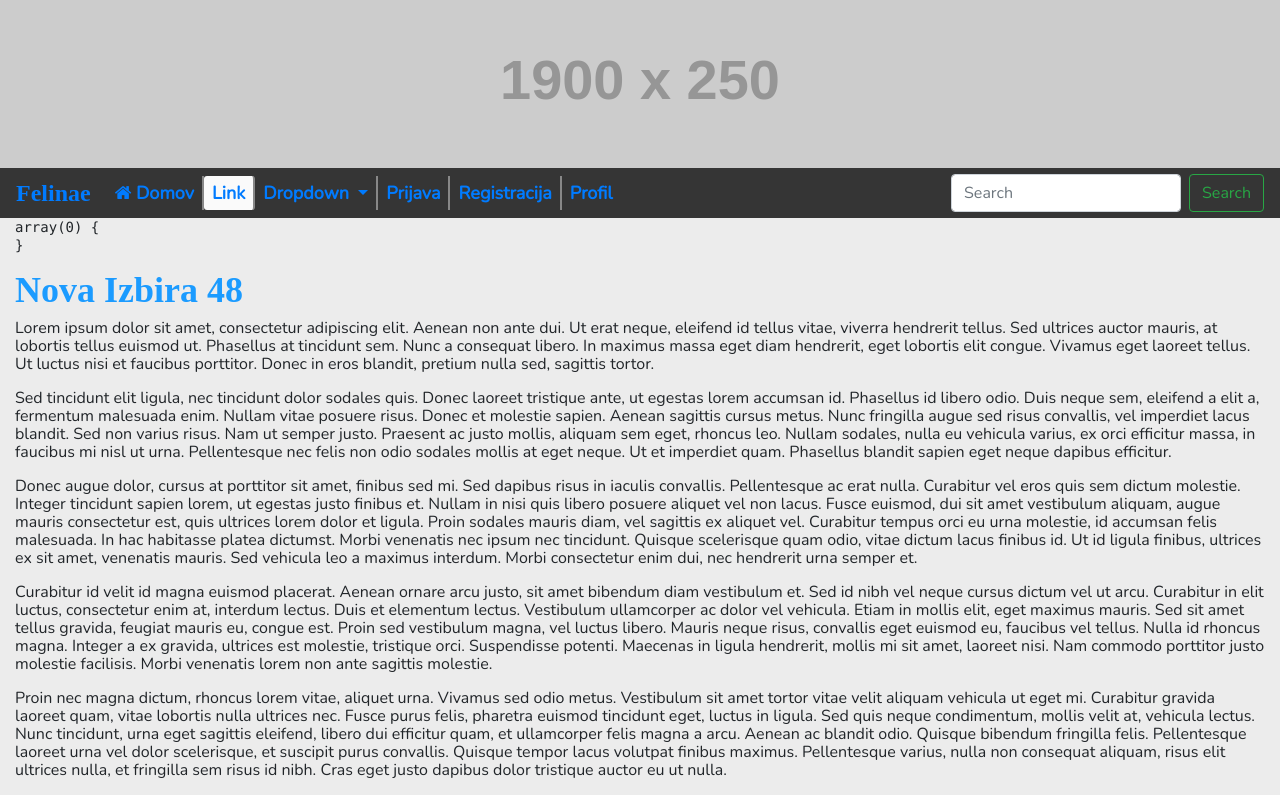
Repository: UrbyK/Felinae
Page: http://localhost/index.php?page=home
An editor plug-in stored every save of this project. The page is shown before and after the next save, followed by the edit.
The browser window is 1280 px wide. The pictures show the whole page.
Some web fonts or font styles are not loaded; a fallback is used. The page is run by PHP 8.4 with error messages shown; the project is at /var/www/html/.

Above is the page before, as saved 2020-08-13 13:17:28.

After the next save:
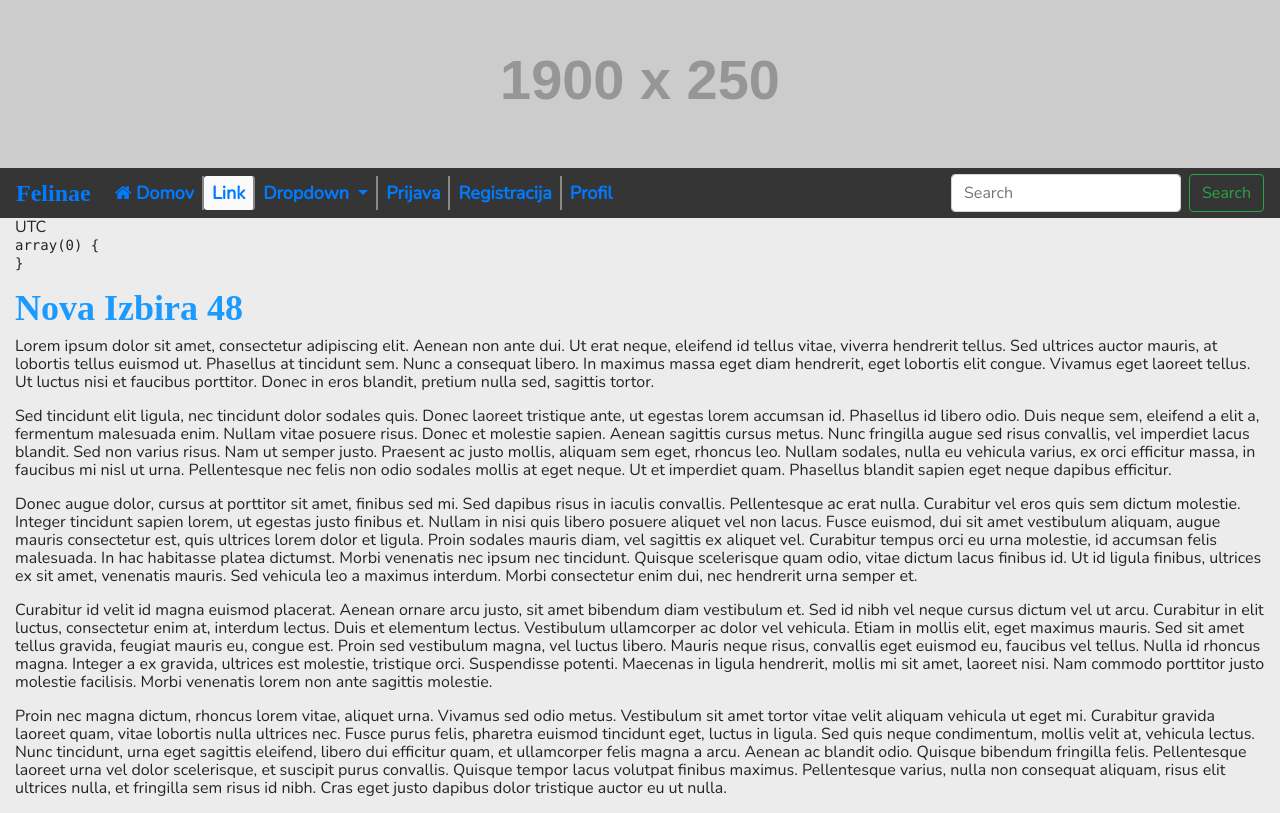
Saved 32 min 20 s later.
--- a/home.php
+++ b/home.php
@@ -1,6 +1,8 @@
 <?=template_header('Home')?>
 
 <?php
+
+echo date_default_timezone_get();
 
 
 echo '<pre>';
